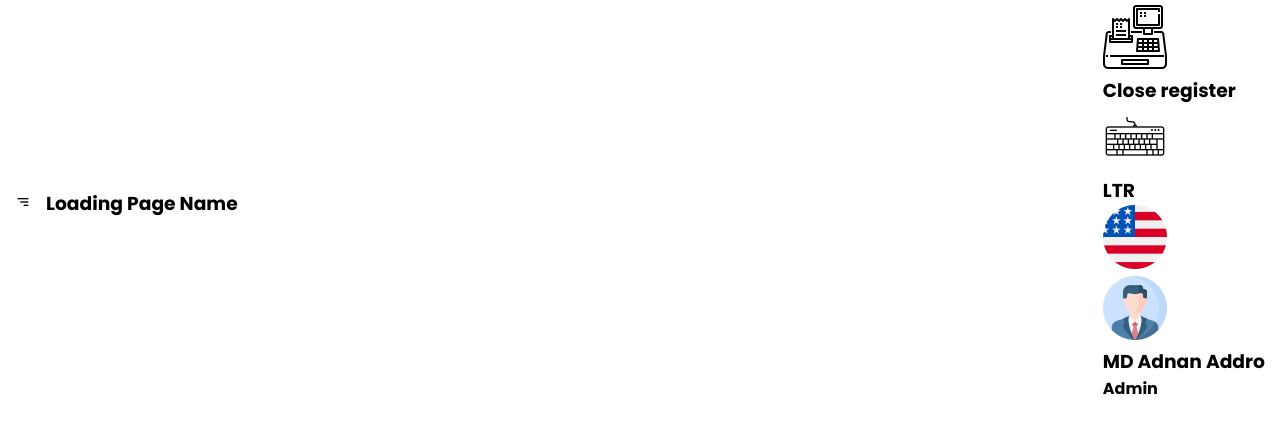
Repository: codebyaddro/pos-navbar
Page: index.html
An editor plug-in stored every save of this project. The page is shown before and after the next save, followed by the edit.
The browser window is 1280 px wide. The pictures show the whole page.

Above is the page before, as saved 2025-02-13 14:40:00.

After the next save:
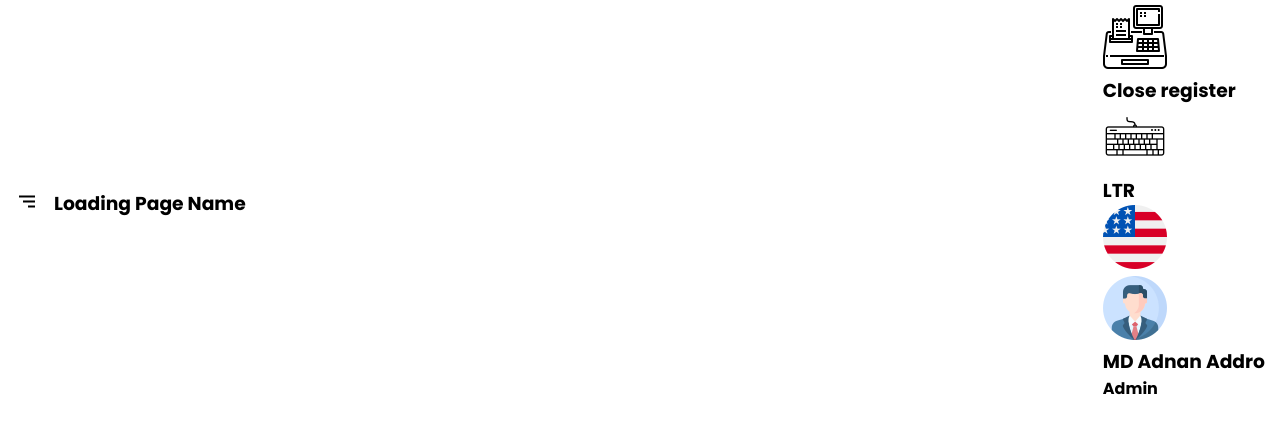
Saved 4 s later.
--- a/css/style.css
+++ b/css/style.css
@@ -53,5 +53,6 @@
 }
 
 .cba-nav-side-menu-toggle-icon {
-
+    font-size: 1.5rem;
+    cursor: pointer;
 }
